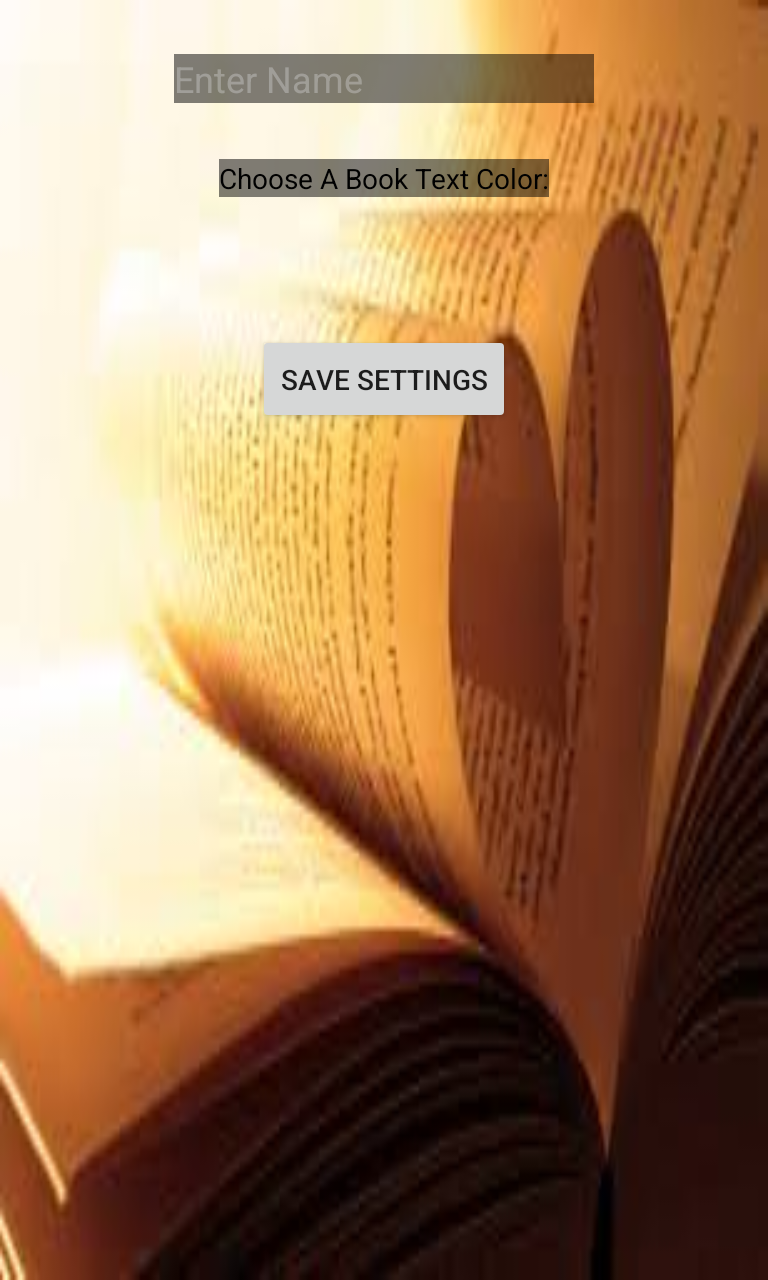
Repository: arianaantonio/MDF3_Antonio
Layout: Readable/res/layout/activity_main.xml
The author's editor kept a copy of each file at every save. The layout is drawn from the files as they stood at one save, then again after the next save.
It is drawn on a 768 x 1280 px phone screen (xhdpi) without system bars, with theme AppTheme; the app's code is not run. The app's manifest (not shown) leaves right-to-left support off. So textAlignment, textDirection and layoutDirection are ignored, and left and right values win over start and end ones.

Above is the layout before, as saved 2014-08-21 03:21:31.

### Readable/res/layout/activity_main.xml
<RelativeLayout xmlns:android="http://schemas.android.com/apk/res/android"
    xmlns:tools="http://schemas.android.com/tools"
    android:layout_width="match_parent"
    android:layout_height="match_parent"
    tools:context="${relativePackage}.${activityClass}"
    android:background="@drawable/images1" >

    <Button
        android:id="@+id/button1"
        android:layout_width="wrap_content"
        android:layout_height="wrap_content"
        android:layout_below="@+id/spinner1"
        android:layout_centerHorizontal="true"
        android:layout_marginTop="51dp"
        android:text="@string/button" />

    <EditText
        android:id="@+id/editText1"
        android:layout_width="wrap_content"
        android:layout_height="wrap_content"
        android:layout_alignParentTop="true"
        android:layout_centerHorizontal="true"
        android:layout_marginTop="27dp"
        android:background="@color/transparentBlack"
        android:ems="10"
        android:hint="@string/name"
        android:textColorHint="@color/lightgrey" />

    <TextView
        android:id="@+id/textView2"
        android:layout_width="wrap_content"
        android:layout_height="wrap_content"
        android:layout_below="@+id/editText1"
        android:layout_centerHorizontal="true"
        android:layout_marginTop="28dp"
        android:background="@color/transparentBlack"
        android:text="@string/backgroundColor"
        android:textColor="@color/black"
        android:textColorHint="@color/black" />

    <Spinner
        android:id="@+id/spinner1"
        android:layout_width="wrap_content"
        android:layout_height="wrap_content"
        android:layout_alignParentLeft="true"
        android:layout_below="@+id/textView2"
        android:layout_marginTop="16dp"
        android:background="@color/transparentBlack"
        android:gravity="center"
        android:textAlignment="center" />

</RelativeLayout>

### Readable/res/values/strings.xml
<?xml version="1.0" encoding="utf-8"?>
<resources>

    <string name="app_name">Readable</string>
    <string name="username">Enter Your Name:</string>
    <string name="nextBook">Next Book:</string>
    <color name="lavender">#50cba1e6</color>
    <string name="backgroundColor">Choose A Book Text Color:</string>
    <string name="button">Save Settings</string>
    <dimen name="widget_margin">8dp</dimen>
    <string name="widget_button">Book Details On Amazon</string>
    <string name="detailactivity">Book Details</string>
    <color name="black">#000000</color>
    <string name="name">Enter Name</string>
    <color name="lightgrey">#65D3D3D3</color>
    <color name="transparentBlack">#80000000</color>

</resources>

Loaded but not shown: Readable/res/values/styles.xml (common file); Readable/res/values-v11/styles.xml (common file); Readable/res/values-v14/styles.xml (common file)

After the next save:
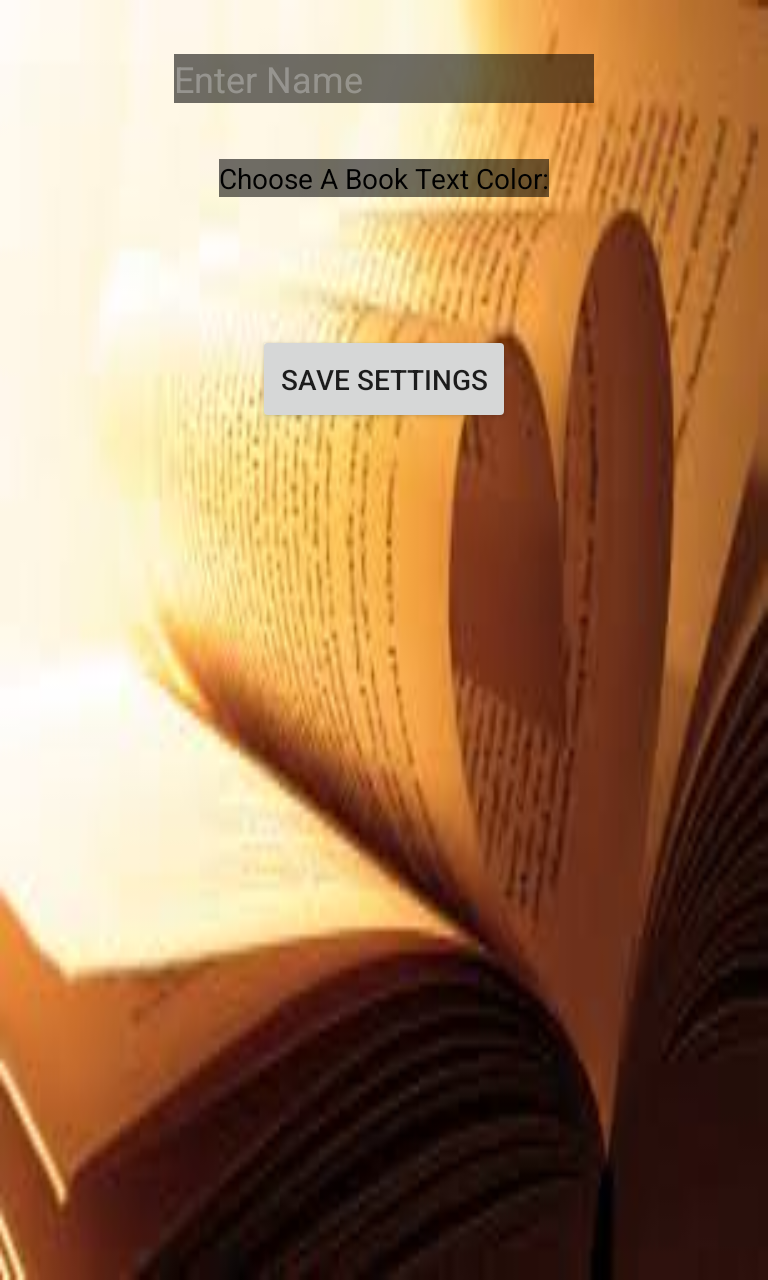
Saved 47 s later.
--- a/Readable/res/values/strings.xml
+++ b/Readable/res/values/strings.xml
@@ -13,6 +13,6 @@
     <color name="black">#000000</color>
     <string name="name">Enter Name</string>
     <color name="lightgrey">#65D3D3D3</color>
-    <color name="transparentBlack">#80000000</color>
+    <color name="transparentBlack">#90000000</color>
 
 </resources>
